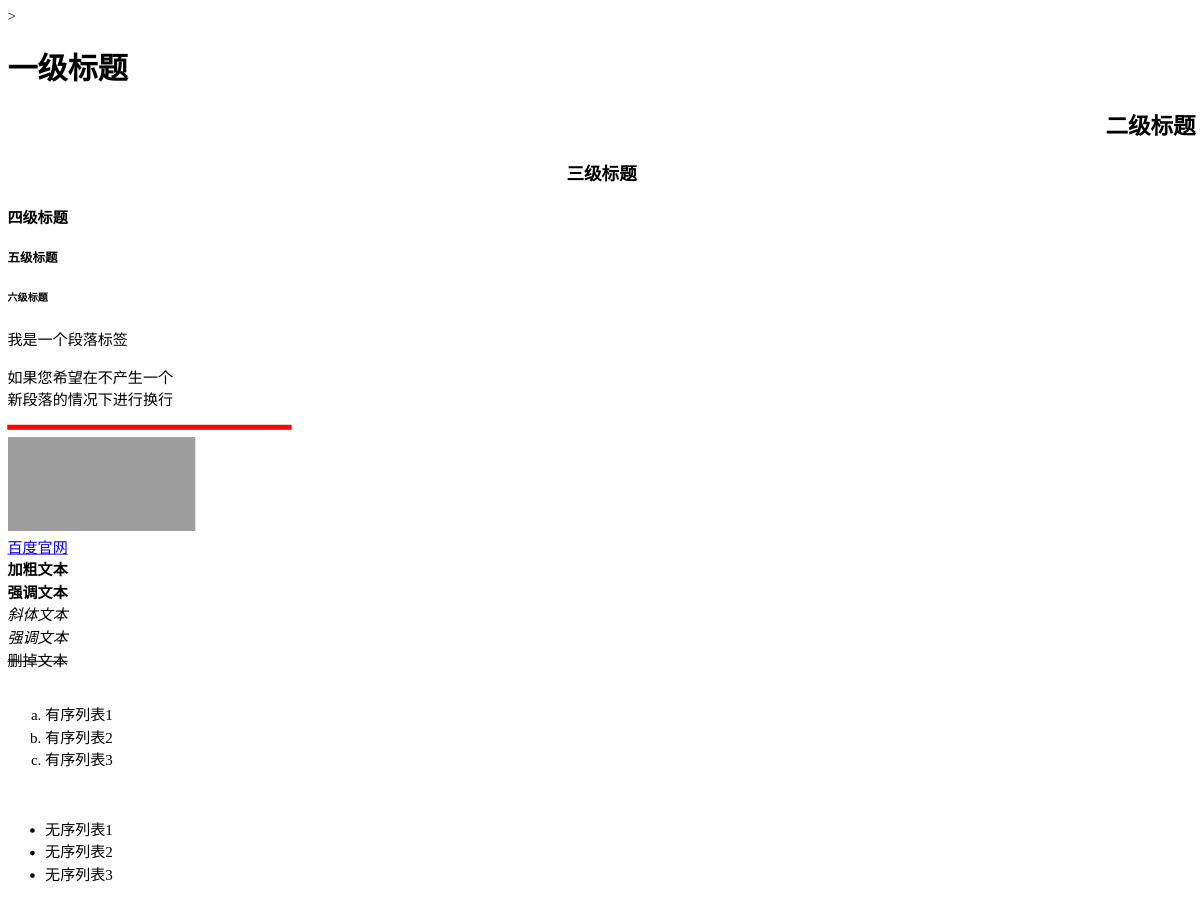
Repository: yuanliumaker/html-css-js
Page: hello.html
The author's editor kept a copy of each file at every save. The page is drawn from the files as they stood at one save, then again after the next save.
The browser window is 1280 px wide. The pictures show the whole page, at 94% of full size.
Pictures or frames that could not be fetched are drawn as grey boxes.

Above is the page before, as saved 2025-08-29 10:00:50.

### hello.html
<!DOCTYPE html>
<html lang="en">
<head>
    <meta charset="UTF-8">
    <meta name="viewport" content="width=device-width, initial-scale=1.0">
    <title>Document</title>
</head>
<body>
    <!--标题-->>
    <h1 align="left">一级标题</h1>
    <h2 align="right">二级标题</h2>
    <h3 align="center">三级标题</h3>
    <h4>四级标题</h4>
    <h5>五级标题</h5>
    <h6>六级标题</h6>
    <!--段落-->
    <!-- br表示换行 hr表示水平线 width属性表示水平线的宽度 size 表示线的高度 -->
    <p>我是一个段落标签</p>
    <p>如果您希望在不产生一个<br>新段落的情况下进行换行</p>
    <hr color="red" width="300px" size="5px" align="left">
    <!--img 图片 src:图片路径 widht 图片宽度 height 高度-->
    <img src="https://www.runoob.com/wp-content/uploads/2014/04/html-logo.png" alt="这是图片无法显示时的替代文字" title="鼠标悬停时显示的文字" width="200px" height="100px">

    <br>
    <!---超文本链接
    使用标签<a>来设置超文本链接 href属性表示链接的地址-->
    <a href="https://www.baidu.com">百度官网</a>

    <!--文本-->
    <br>
        <b>加粗文本</b><br>
        <strong>强调文本</strong><br>
        <i>斜体文本</i><br>
        <em>强调文本</em><br>
        <del>删掉文本</del><br>
    <!--列表:外面用ol包裹，每一条用li-- 且有属性type 1 a A i I--和latex 列表可以嵌套-->
    <br>
    <ol type="a">
        <li>有序列表1</li>
        <li>有序列表2</li>
        <li>有序列表3</li>
    </ol>
    <br>
    <!--无序列表-- type属性 disc：默认实心圆 circle：空心圆 square：方块 none:无-->
    <ul >
        <li>无序列表1</li>
        <li>无序列表2</li>
        <li>无序列表3</li>
    <ul>
</body>
</html>

After the next save:
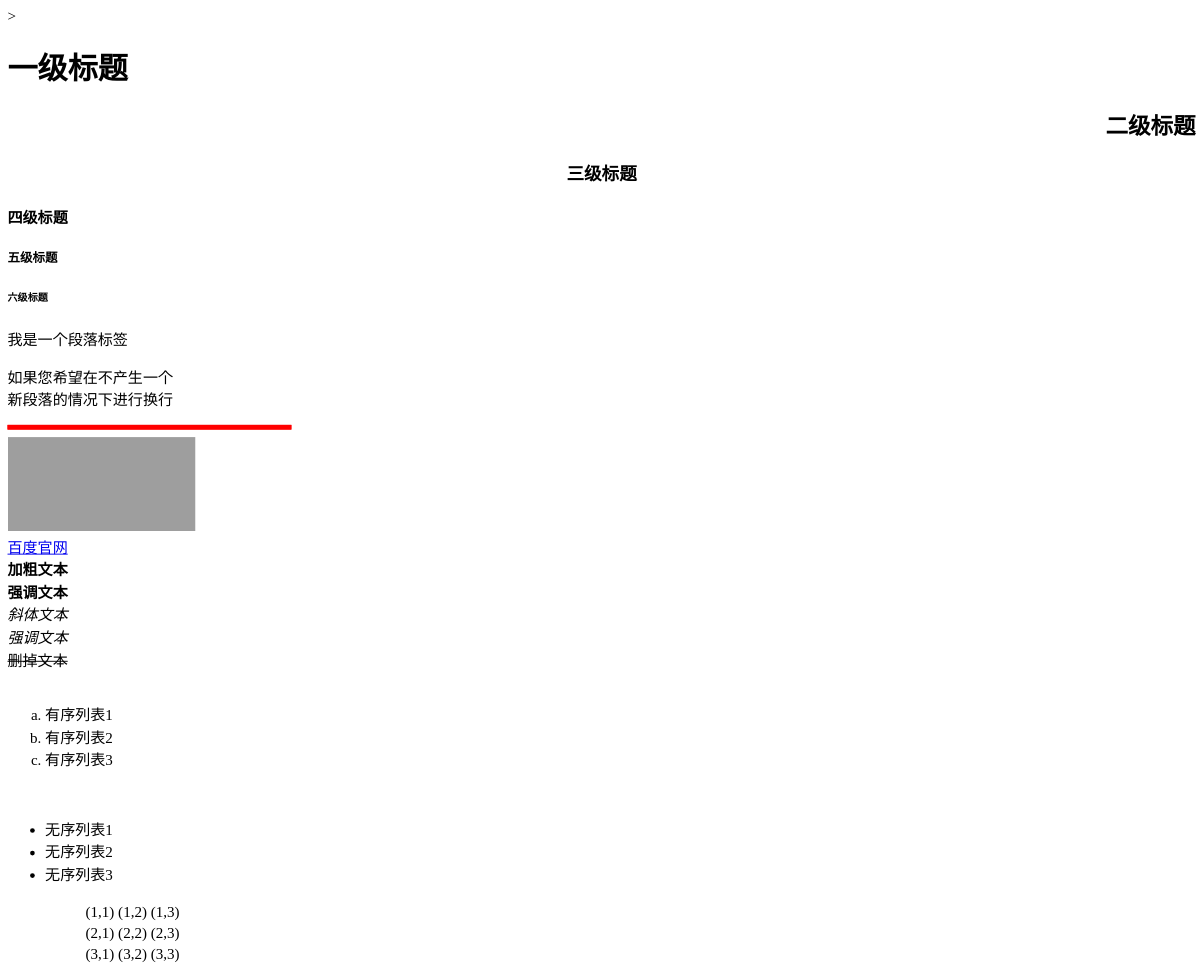
Saved 8 min 52 s later.
--- a/hello.html
+++ b/hello.html
@@ -47,5 +47,25 @@
         <li>无序列表2</li>
         <li>无序列表3</li>
     <ul>
+    <!--表格-->
+    <br>
+    <table>
+        <tr>
+            <td>(1,1)</td>
+            <td>(1,2)</td>
+            <td>(1,3)</td>
+        </tr>
+        <tr>
+            <td>(2,1)</td>
+            <td>(2,2)</td>
+            <td>(2,3)</td>
+        </tr>
+        <tr>
+            <td>(3,1)</td>
+            <td>(3,2)</td>
+            <td>(3,3)</td>
+        </tr>
+    </table>
+
 </body>
 </html>
